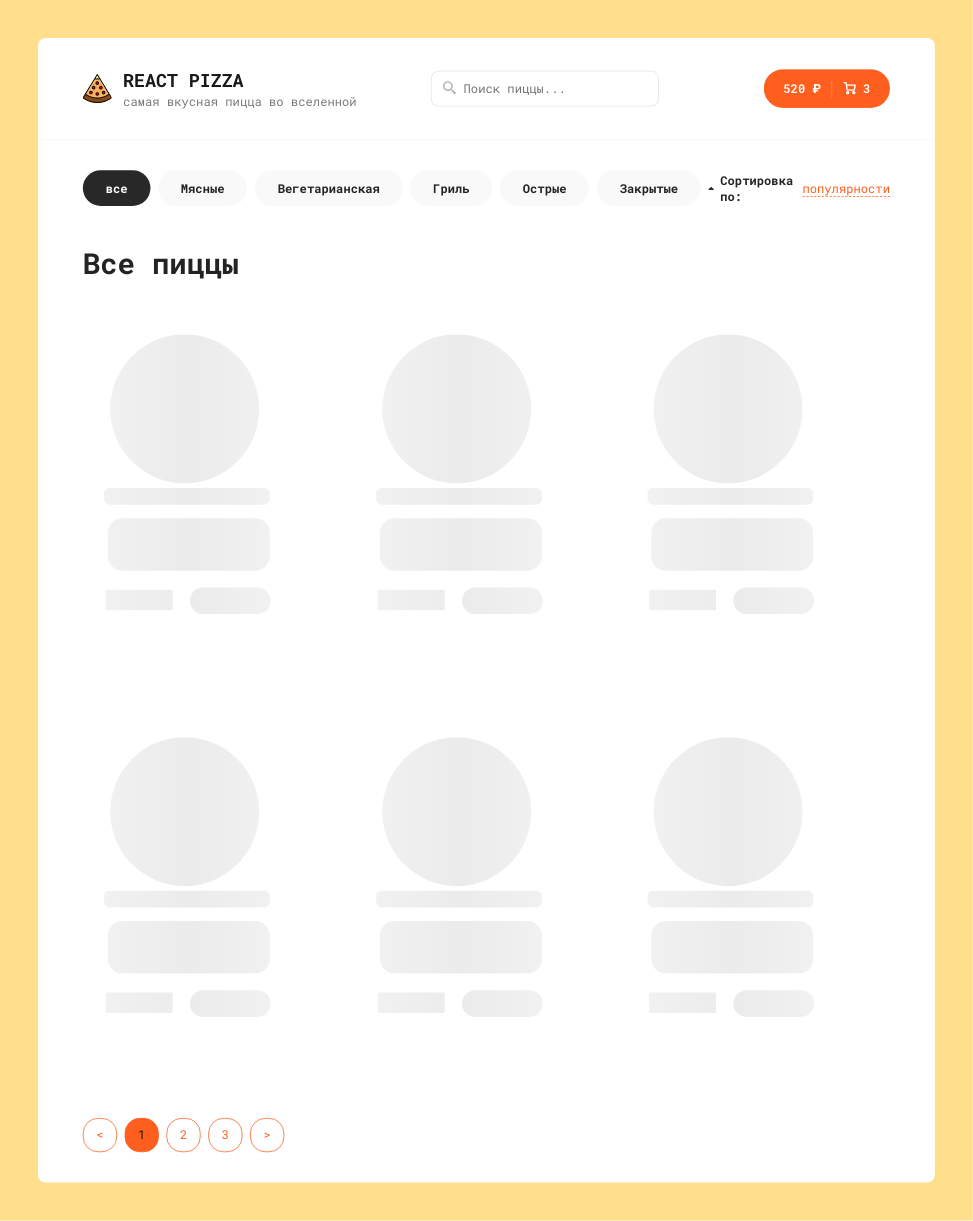
Repository: TI-IT/react-pizza2
Page: /
An editor plug-in stored every save of this project. The page is shown before and after the next save, followed by the edit.
The browser window is 1280 px wide. The pictures show the whole page, at 76% of full size.
The page's requests for data from a server got no answer. The project was rebuilt for these pictures with package versions that can differ from the ones it lists, and the page was loaded fresh each time. No one was signed in, and anything a server would have sent is missing. Also part of the build but not shown: src/components/PizzaBlock.jsx, src/pages/Cart.jsx, src/components/NotFoundBlock/NotFounBlock.module.scss, src/components/NotFoundBlock/index.jsx, src/pages/NotFound.tsx.

Above is the page before, as saved 2022-10-18 12:09:52.

### public/index.html
<!DOCTYPE html>
<html lang="en">
  <head>
    <meta charset="utf-8" />
    <link rel="icon" href="%PUBLIC_URL%/favicon.ico" />
    <link rel="preconnect" href="https://fonts.googleapis.com" />
    <link rel="preconnect" href="https://fonts.gstatic.com" crossorigin />
    <link
      href="https://fonts.googleapis.com/css2?family=Roboto+Mono:wght@300;400;500;600;700&display=swap"
      rel="stylesheet"
    />
    <meta name="viewport" content="width=device-width, initial-scale=1" />
    <meta name="theme-color" content="#000000" />
    <meta
      name="description"
      content="Web site created using create-react-app"
    />
    <link rel="apple-touch-icon" href="%PUBLIC_URL%/logo192.png" />
    <!--
      manifest.json provides metadata used when your web app is installed on a
      user's mobile device or desktop. See https://developers.google.com/web/fundamentals/web-app-manifest/
    -->
    <link rel="manifest" href="%PUBLIC_URL%/manifest.json" />
    <!--
      Notice the use of %PUBLIC_URL% in the tags above.
      It will be replaced with the URL of the `public` folder during the build.
      Only files inside the `public` folder can be referenced from the HTML.

      Unlike "/favicon.ico" or "favicon.ico", "%PUBLIC_URL%/favicon.ico" will
      work correctly both with client-side routing and a non-root public URL.
      Learn how to configure a non-root public URL by running `npm run build`.
    -->
    <title>React App</title>
  </head>
  <body>
    <noscript>You need to enable JavaScript to run this app.</noscript>
    <div id="root"></div>
    <!--
      This HTML file is a template.
      If you open it directly in the browser, you will see an empty page.

      You can add webfonts, meta tags, or analytics to this file.
      The build step will place the bundled scripts into the <body> tag.

      To begin the development, run `npm start` or `yarn start`.
      To create a production bundle, use `npm run build` or `yarn build`.
    -->
  </body>
</html>

### src/index.tsx
import React from 'react'
import ReactDOM from 'react-dom/client'
import { BrowserRouter } from 'react-router-dom'
import { Provider } from 'react-redux'
import App from './App'
import { store } from './redux/store'

const root = ReactDOM.createRoot(document.getElementById('root'))
root.render(
  <BrowserRouter>
    <Provider store={store}>
      <App />
    </Provider>
  </BrowserRouter>
)

### src/pages/Home.jsx
import React from 'react'
import axios from 'axios'
import { useSelector, useDispatch } from 'react-redux'

import { setCategoryId, setCurrentPage } from '../redux/slices/filterSlice'

import Categories from '../components/Categories'
import Sort from '../components/Sort'
import PizzaBlock from '../components/PizzaBlock'
import Skeleton from '../components/PizzaBlock/Skeleton'
import Pagination from '../components/Pagination'
import { SearchContext } from '../App'

const Home = () => {
  const dispatch = useDispatch()
  const { categoryId, sort, currentPage } = useSelector(state => state.filter)

  const { searchValue } = React.useContext(SearchContext)
  const [items, setItems] = React.useState([])
  const [isLoading, setIsLoading] = React.useState(true)
  // const [currentPage, setCurrentPage] = React.useState(1)

  const onChangeCategory = id => {
    dispatch(setCategoryId(id))
  }
  const onChangePage = number => {
    dispatch(setCurrentPage(number))
  }

  //Загрузка один раз
  React.useEffect(() => {
    setIsLoading(true)
    const order = sort.sortProperty.includes('-') ? 'asc' : 'desc'
    const sortBy = sort.sortProperty.replace('-', '')
    const category = categoryId > 0 ? `category=${categoryId}` : ''
    const search = searchValue ? `&search=${searchValue}` : ''

    axios
      .get(
        `https://63427733ba4478d4783c44ef.mockapi.io/items?page=${currentPage}&limit=4&${category}&sortBy=${sortBy}&order=${order}${search}`
      )
      .then(res => {
        setItems(res.data)
        setIsLoading(false)
      })

    window.scrollTo(0, 0) // при первой загрузке скролит вверх
  }, [categoryId, sort.sortProperty, searchValue, currentPage])

  const pizzas = items.map(obj => <PizzaBlock key={obj.id} {...obj} />)

  const sceletons = [...new Array(6)].map((_, index) => <Skeleton key={index} />)

  return (
    <div className="container">
      <div className="content__top">
        <Categories value={categoryId} onChangeCategory={id => onChangeCategory(id)} />
        <Sort />
      </div>
      <h2 className="content__title">Все пиццы</h2>
      <div className="content__items">{isLoading ? sceletons : pizzas}</div>
      <Pagination currentPage={currentPage} onChangePage={onChangePage} />
    </div>
  )
}

export default Home

### src/redux/slices/filterSlice.js
import { createSlice } from '@reduxjs/toolkit'

const initialState = {
  categoryId: 0,
  currentPage: 1,
  sort: {
    name: 'популярности',
    sortProperty: 'rating'
  }
}

const filterSlice = createSlice({
  name: 'filters',
  initialState,
  reducers: {
    setCategoryId(state, action) {
      state.categoryId = action.payload
    },
    setSort(state, action) {
      state.sort = action.payload
    },
    setCurrentPage(state, action) {
      state.currentPage = action.payload
    }
  }
})

export const { setCategoryId, setSort, setCurrentPage } = filterSlice.actions

export default filterSlice.reducer

### src/components/Search/index.jsx
import React from 'react'
import debounce from 'lodash.debounce'
import styles from './Search.module.scss'
import { SearchContext } from '../../App'

const Search = () => {
  const [value, setValue] = React.useState('')
  const { setSearchValue } = React.useContext(SearchContext)
  const inputRef = React.useRef()

  const onClickClear = () => {
    setSearchValue('')
    setValue('')
    inputRef.current.focus()
  }

  const updateSearchValue = React.useCallback(
    debounce(str => {
      setSearchValue(str)
    }, 350),
    []
  )

  const onChangeInput = event => {
    setValue(event.target.value)
    updateSearchValue(event.target.value)
  }

  return (
    <div className={styles.root}>
      <svg
        className={styles.icon}
        height="24"
        viewBox="0 0 24 24"
        width="24"
        xmlns="http://www.w3.org/2000/svg">
        <path d="M19.023 16.977a35.13 35.13 0 0 1-1.367-1.384c-.372-.378-.596-.653-.596-.653l-2.8-1.337A6.962 6.962 0 0 0 16 9c0-3.859-3.14-7-7-7S2 5.141 2 9s3.14 7 7 7c1.763 0 3.37-.66 4.603-1.739l1.337 2.8s.275.224.653.596c.387.363.896.854 1.384 1.367l1.358 1.392.604.646 2.121-2.121-.646-.604c-.379-.372-.885-.866-1.391-1.36zM9 14c-2.757 0-5-2.243-5-5s2.243-5 5-5 5 2.243 5 5-2.243 5-5 5z" />
      </svg>
      <input
        ref={inputRef}
        value={value}
        onChange={onChangeInput}
        className={styles.input}
        placeholder="Поиск пиццы..."
      />
      {value && (
        <svg
          onClick={onClickClear}
          className={styles.clearIcon}
          height="48"
          viewBox="0 0 48 48"
          width="48"
          xmlns="http://www.w3.org/2000/svg">
          <path d="M38 12.83L35.17 10 24 21.17 12.83 10 10 12.83 21.17 24 10 35.17 12.83 38 24 26.83 35.17 38 38 35.17 26.83 24z" />
          <path d="M0 0h48v48H0z" fill="none" />
        </svg>
      )}
    </div>
  )
}
export default Search

### src/components/Categories.tsx
import React from 'react'

function Categories({ value, onChangeCategory }) {
  const categories = ['все', 'Мясные', 'Вегетарианская', 'Гриль', 'Острые', 'Закрытые']

  return (
    <div className="categories">
      <ul>
        {categories.map((categoryName, i) => (
          <li key={i} onClick={() => onChangeCategory(i)} className={value === i ? 'active' : ''}>
            {categoryName}
          </li>
        ))}
      </ul>
    </div>
  )
}
export default Categories

### src/components/Sort.jsx
import React from 'react'
import { useSelector, useDispatch } from 'react-redux'
import { setSort } from '../redux/slices/filterSlice'
const list = [
  { name: 'популярности(DESC)', sortProperty: 'rating' },
  { name: 'популярности(ASC)', sortProperty: '-rating' },
  { name: 'цене(DESC)', sortProperty: 'price' },
  { name: 'цене(ASC)', sortProperty: '-price' },
  { name: 'алфавиту(DESC)', sortProperty: 'title' },
  { name: 'алфавиту(ASC)', sortProperty: '-title' }
]

function Sort() {
  const dispatch = useDispatch()
  const sort = useSelector(store => store.filter.sort)

  const [open, setOpen] = React.useState(false)

  const onClickListItem = obj => {
    dispatch(setSort(obj))
    setOpen(false)
  }
  return (
    <div className="sort">
      <div className="sort__label">
        <svg
          width="10"
          height="6"
          viewBox="0 0 10 6"
          fill="none"
          xmlns="http://www.w3.org/2000/svg">
          <path
            d="M10 5C10 5.16927 9.93815 5.31576 9.81445 5.43945C9.69075 5.56315 9.54427 5.625 9.375 5.625H0.625C0.455729 5.625 0.309245 5.56315 0.185547 5.43945C0.061849 5.31576 0 5.16927 0 5C0 4.83073 0.061849 4.68424 0.185547 4.56055L4.56055 0.185547C4.68424 0.061849 4.83073 0 5 0C5.16927 0 5.31576 0.061849 5.43945 0.185547L9.81445 4.56055C9.93815 4.68424 10 4.83073 10 5Z"
            fill="#2C2C2C"
          />
        </svg>
        <b>Сортировка по:</b>
        <span onClick={() => setOpen(!open)}>{sort.name}</span>
      </div>
      {open && (
        <div className="sort__popup">
          <ul>
            {list.map((obj, i) => (
              <li
                key={i}
                onClick={() => onClickListItem(obj)}
                className={sort.sortProperty === obj.sortProperty ? 'active' : ''}>
                {obj.name}
              </li>
            ))}
          </ul>
        </div>
      )}
    </div>
  )
}

export default Sort

### src/components/PizzaBlock/Skeleton.jsx
import React from 'react'
import ContentLoader from 'react-content-loader'

const Skeleton = props => (
  <ContentLoader
    className="pizza-block"
    speed={2}
    width={280}
    height={465}
    viewBox="0 0 280 465"
    backgroundColor="#f3f3f3"
    foregroundColor="#ecebeb">
    <circle cx="134" cy="127" r="98" />
    <rect x="0" y="465" rx="5" ry="5" width="280" height="32" />
    <rect x="28" y="231" rx="7" ry="7" width="218" height="22" />
    <rect x="33" y="271" rx="19" ry="19" width="213" height="69" />
    <rect x="30" y="365" rx="1" ry="1" width="88" height="27" />
    <rect x="141" y="362" rx="17" ry="17" width="106" height="35" />
  </ContentLoader>
)

export default Skeleton

### src/components/Pagination/index.jsx
import React from 'react'
import ReactPaginate from 'react-paginate'
import styles from './Pagination.module.scss'

const Pagination = ({ onChangePage, currentPage }) => {
  return (
    <div>
      <ReactPaginate
        className={styles.root}
        breakLabel="..."
        nextLabel=">"
        previousLabel="<"
        onPageChange={e => onChangePage(e.selected + 1)}
        pageRangeDisplayed={4}
        pageCount={3}
        renderOnZeroPageCount={null}
      />
    </div>
  )
}

export default Pagination

### src/scss/libs/_normalize.scss
* {
  padding: 0;
  margin: 0;
  list-style: none;
  outline: none;
  font-family: 'Roboto Mono', Roboto, system-ui, Tahoma, sans-serif;
  box-sizing: border-box;
}

html {
  -ms-text-size-adjust: 100%;
  -webkit-text-size-adjust: 100%;
}

body {
  -moz-osx-font-smoothing: grayscale;
  -webkit-font-smoothing: antialiased;
  color: $black;
}

a,
span,
p,
b,
h1,
h2,
h3,
h4,
h5 {
  color: $black;
}

h1 {
  font-size: 48px;
}

h2 {
  font-weight: 600;
  font-size: 28px;
  line-height: 30px;
}

a {
  text-decoration: none;
}

@mixin noselect {
  -webkit-touch-callout: none; /* iOS Safari */
  -webkit-user-select: none; /* Safari */
  -khtml-user-select: none; /* Konqueror HTML */
  -moz-user-select: none; /* Old versions of Firefox */
  -ms-user-select: none; /* Internet Explorer/Edge */
  user-select: none; /* Non-prefixed version, currently
                                  supported by Chrome, Opera and Firefox */
}

### src/scss/components/_header.scss
@import '../variables.scss';

.header {
  border-bottom: 1px solid $gray-line;
  padding: 40px 0;

  .container {
    display: flex;
    align-items: center;
    justify-content: space-between;

    @media (max-width: 645px) {
      flex-direction: column;
      .header__cart {
        margin-top: 20px;
      }
    }
  }

  &__logo {
    display: flex;

    img {
      margin-right: 15px;
    }

    h1 {
      color: #181818;
      font-size: 24px;
      letter-spacing: 1%;
      text-transform: uppercase;
      font-weight: 800;
    }

    p {
      color: #7b7b7b;
    }
  }
}

### src/scss/components/_button.scss
@import '../variables.scss';

.button {
  display: inline-block;
  background-color: $orange;
  border-radius: 30px;
  padding: 10px 20px;
  min-width: 100px;
  text-align: center;
  cursor: pointer;
  transition: background-color $duration ease-in-out, border-color $duration ease-in-out;
  border: 1px solid transparent;
  @include noselect();

  &,
  span {
    color: #fff;
  }

  i,
  span,
  path,
  svg {
    transition: all $duration ease-in-out;
  }

  &:hover {
    background-color: darken($orange, 8%);
  }

  &:active {
    background-color: darken($orange, 12%);
    transform: translateY(1px);
  }

  &--circle {
    display: flex;
    align-items: center;
    justify-content: center;
    width: 32px;
    height: 32px;
    min-width: 32px;
    padding: 0;
    border-width: 2px;
  }

  &--black {
    background-color: $black;

    &:hover,
    &:active {
      background-color: lighten($color: $black, $amount: 10);
    }
  }

  &--outline {
    background-color: #fff;
    border-color: $orange;
    &,
    span {
      color: $orange;
    }

    svg {
      path {
        fill: $orange;
      }
    }

    &:hover {
      background-color: $orange;

      &,
      span {
        color: #fff;
      }

      svg {
        path {
          fill: #fff;
        }
      }
    }

    &:active {
      background-color: darken($orange, 8%);
    }
  }

  &__delimiter {
    width: 1px;
    height: 25px;
    background-color: rgba(255, 255, 255, 0.25);
    margin-left: 14px;
    margin-right: 14px;
  }

  &--add {
    svg {
      margin-right: 2px;
    }

    span {
      font-weight: 600;
      font-size: 16px;
    }

    &:hover {
      i {
        background-color: #fff;
        color: $orange;
      }
    }

    i {
      display: inline-block;
      border-radius: 30px;
      background-color: $orange;
      color: #fff;
      font-weight: 600;
      width: 22px;
      height: 22px;
      font-style: normal;
      font-size: 13px;
      line-height: 22px;
      position: relative;
      top: -1px;
      left: 3px;
    }
  }

  &--cart {
    display: flex;
    align-items: center;
    line-height: 23px;
    padding: 12px 25px;

    svg {
      margin-right: 8px;
      margin-bottom: 1px;
    }

    span {
      font-weight: 600;
      font-size: 16px;
    }
  }
}

### src/scss/components/_sort.scss
@import '../variables.scss';

.sort {
  position: relative;
  &__label {
    display: flex;
    align-items: center;

    svg {
      margin-right: 8px;
    }

    b {
      margin-right: 8px;
    }

    span {
      color: $orange;
      border-bottom: 1px dashed $orange;
      cursor: pointer;
    }
  }

  &__popup {
    position: absolute;
    right: 0;
    margin-top: 15px;
    background: #ffffff;
    box-shadow: 0px 5px 15px rgba(0, 0, 0, 0.09);
    border-radius: 10px;
    overflow: hidden;
    padding: 10px 0;

    ul {
      overflow: hidden;
      li {
        padding: 12px 20px;
        cursor: pointer;

        &.active,
        &:hover {
          background: rgba(254, 95, 30, 0.05);
        }

        &.active {
          font-weight: bold;
          color: $orange;
        }
      }
    }
  }
}

### src/scss/components/_pizza-block.scss
@import '../variables.scss';

.pizza-block {
  width: 280px;
  text-align: center;
  margin-bottom: 65px;

  &-wrapper {
    display: flex;
    justify-content: center;
  }

  &__image {
    width: 260px;
  }

  &__title {
    font-size: 20px;
    font-weight: 900;
    letter-spacing: 1%;
    margin-bottom: 20px;
  }

  &__selector {
    display: flex;
    background-color: #f3f3f3;
    border-radius: 10px;
    flex-direction: column;
    padding: 6px;

    ul {
      display: flex;
      flex: 1;

      &:first-of-type {
        margin-bottom: 6px;
      }

      li {
        padding: 8px;
        flex: 1;
        cursor: pointer;
        font-weight: 600;
        font-size: 14px;
        @include noselect();
        &.active {
          background: #ffffff;
          box-shadow: 0px 2px 4px rgba(0, 0, 0, 0.04);
          border-radius: 5px;
          cursor: auto;
        }
      }
    }
  }

  &__bottom {
    display: flex;
    align-items: center;
    justify-content: space-between;
    margin-top: 20px;
  }

  &__price {
    font-weight: bold;
    font-size: 22px;
    line-height: 27px;
    letter-spacing: 0.015em;
  }
}

### src/components/Search/Search.module.scss
.root {
  position: relative;
  left: -20px;
}

.input {
  border: 1px solid rgba(0, 0, 0, 0.1);
  padding: 12px 20px;
  padding-left: 42px;
  width: 300px;
  border-radius: 10px;
  font-size: 16px;

  &:focus {
    border: 1.5px solid rgba(151, 81, 16, 0.4);
  }
}
.icon {
  width: 22px;
  height: 22px;
  opacity: 0.3;
  position: absolute;
  left: 14px;
  top: 12px;
}
.clearIcon {
  width: 18px;
  height: 18px;
  opacity: 0.3;
  position: absolute;
  right: 15px;
  top: 15px;
  cursor: pointer;

  &:hover {
    opacity: 0.8;
  }
}

### src/components/Pagination/Pagination.module.scss
.root {
  li {
    display: inline-block;
  }

  a {
    text-align: center;
    width: 45px;
    line-height: 42px;
    height: 45px;
    border: 1px solid #fe5f1e;
    border-radius: 20px;
    margin-right: 10px;
    cursor: pointer;
    display: inline-block;
    color: #fe5f1e;
    &:hover {
      background-color: gold;
      a {
        color: rgb(255, 255, 255);
      }
    }
  }
  :global {
    .selected {
      a {
        background-color: #fe5f1e;
        color: rgb(22, 24, 24);
      }
    }
  }
}

Loaded but not shown: src/scss/_variables.scss (common file); src/scss/components/_all.scss (common file); src/scss/components/_categories.scss (common file); src/App.js (29 lines, source omitted); src/redux/store.js (7 lines, source omitted); src/scss/app.scss (369 lines, source omitted); src/components/Header.jsx (60 lines, source omitted)

After the next save:
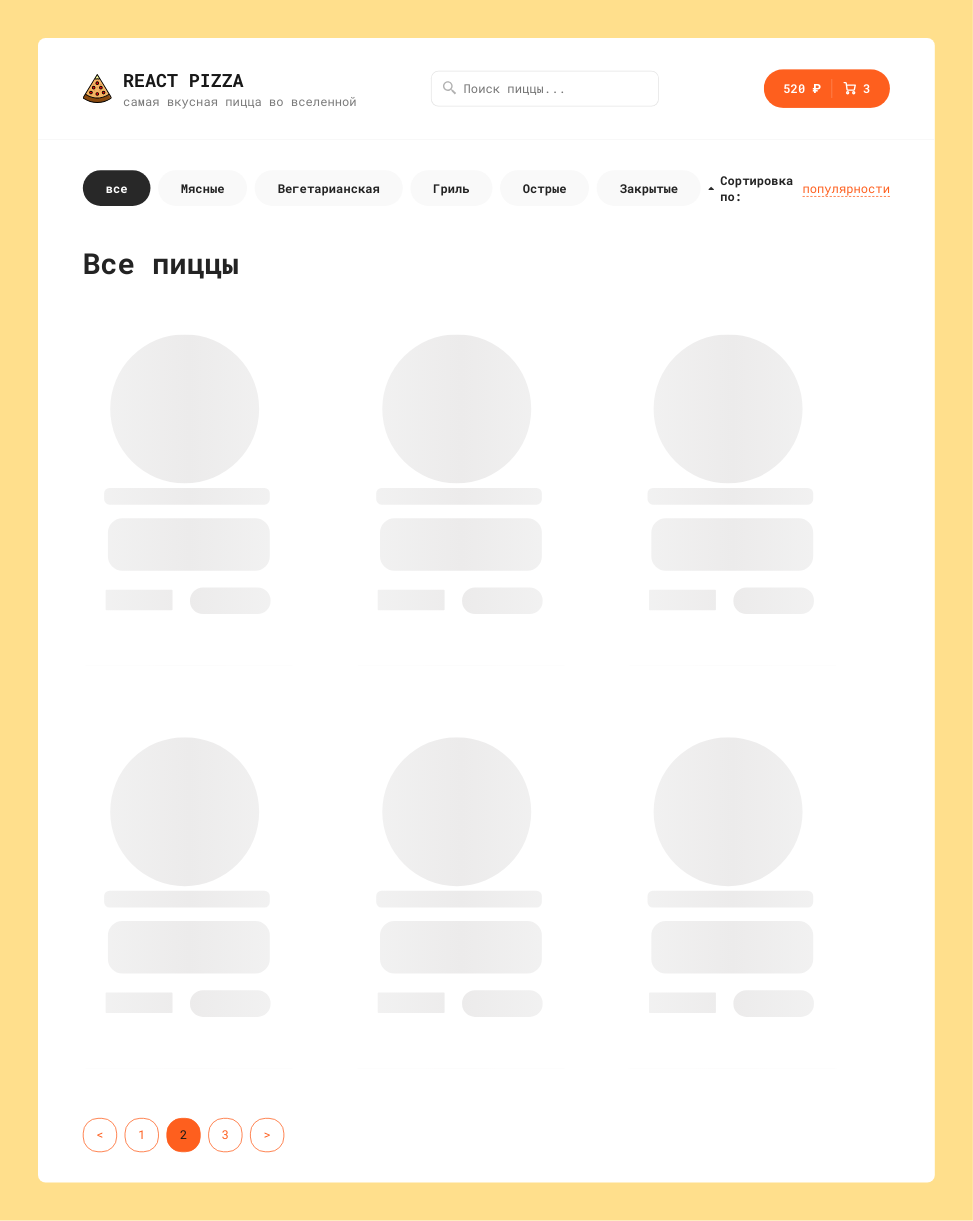
Saved 57 s later.
--- a/src/components/Pagination/index.jsx
+++ b/src/components/Pagination/index.jsx
@@ -13,6 +13,7 @@ const Pagination = ({ onChangePage, currentPage }) => {
         onPageChange={e => onChangePage(e.selected + 1)}
         pageRangeDisplayed={4}
         pageCount={3}
+        forcePage={currentPage}
         renderOnZeroPageCount={null}
       />
     </div>

After the save that followed:
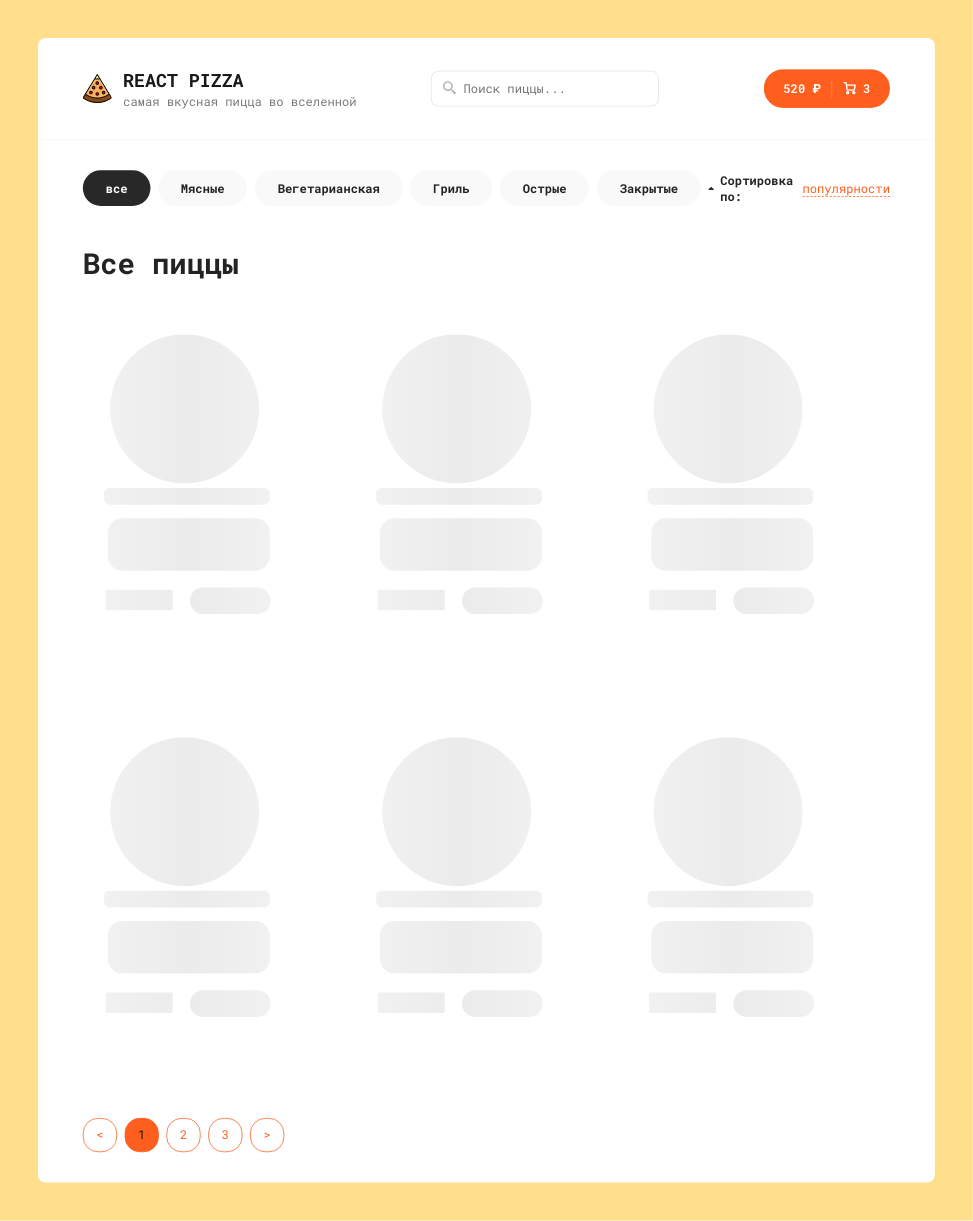
Saved 18 s later.
--- a/src/redux/slices/filterSlice.js
+++ b/src/redux/slices/filterSlice.js
@@ -2,7 +2,7 @@ import { createSlice } from '@reduxjs/toolkit'
 
 const initialState = {
   categoryId: 0,
-  currentPage: 1,
+  currentPage: 0,
   sort: {
     name: 'популярности',
     sortProperty: 'rating'
